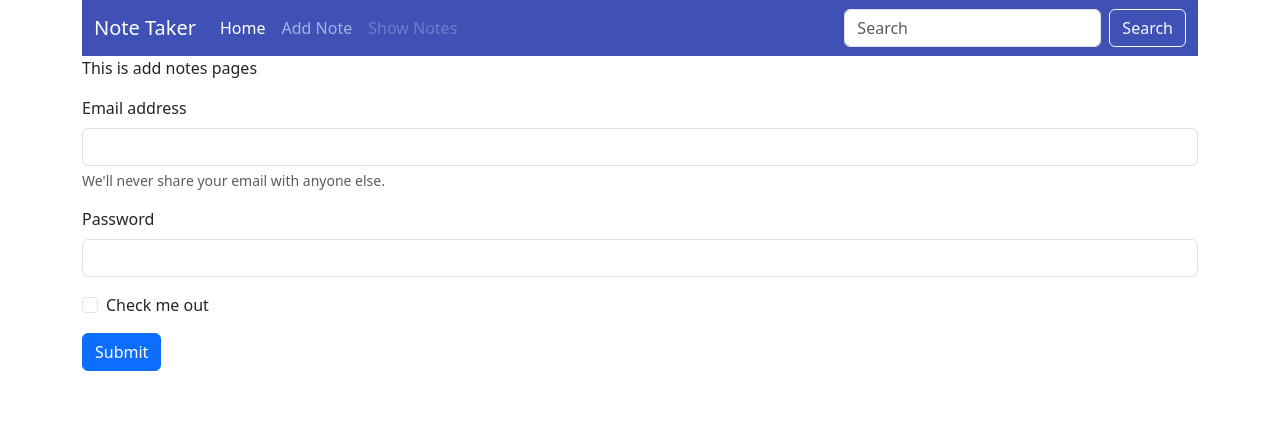
Repository: a-man-sheikh/NoteTaker
Page: http://localhost/NoteTaker/add_note.jsp
These files come from the project's save history. The page is drawn as it stood at one moment and after the next save; the edit follows.
The browser window is 1280 px wide. The pictures show the whole page.
The page is served by Tomcat 9. Other server files are loaded and not shown.

Above is the page before, as saved 2024-03-21 16:30:06.

### NoteTaker/src/main/webapp/add_note.jsp
<%@ page language="java" contentType="text/html; charset=ISO-8859-1"
    pageEncoding="ISO-8859-1"%>
<!DOCTYPE html>
<html>
<head>
<meta charset="ISO-8859-1">
<title>Add Notes</title>
  <%@include file="all_js_cs.jsp" %>
</head>
<body>
<div class="container">
  <%@include file="navbar.jsp" %>


 <p>This is add notes pages</p>
<!--  this add form -->


<form>
  <div class="mb-3">
    <label for="exampleInputEmail1" class="form-label">Email address</label>
    <input type="email" class="form-control" id="exampleInputEmail1" aria-describedby="emailHelp">
    <div id="emailHelp" class="form-text">We'll never share your email with anyone else.</div>
  </div>
  <div class="mb-3">
    <label for="exampleInputPassword1" class="form-label">Password</label>
    <input type="password" class="form-control" id="exampleInputPassword1">
  </div>
  <div class="mb-3 form-check">
    <input type="checkbox" class="form-check-input" id="exampleCheck1">
    <label class="form-check-label" for="exampleCheck1">Check me out</label>
  </div>
  <button type="submit" class="btn btn-primary">Submit</button>
</form>
</div>
</body>
</html>

### NoteTaker/src/main/webapp/all_js_cs.jsp
  <link href="https://cdn.jsdelivr.net/npm/bootstrap@5.3.3/dist/css/bootstrap.min.css" rel="stylesheet" integrity="sha384-QWTKZyjpPEjISv5WaRU9OFeRpok6YctnYmDr5pNlyT2bRjXh0JMhjY6hW+ALEwIH" crossorigin="anonymous">
    <link href="css/style.css" rel="stylesheet"/>

 <script src="https://cdn.jsdelivr.net/npm/bootstrap@5.3.3/dist/js/bootstrap.bundle.min.js" integrity="sha384-YvpcrYf0tY3lHB60NNkmXc5s9fDVZLESaAA55NDzOxhy9GkcIdslK1eN7N6jIeHz" crossorigin="anonymous"></script>

### NoteTaker/src/main/webapp/navbar.jsp
<nav class="navbar navbar-expand-lg navbar-dark purple">
  <div class="container-fluid">
    <a class="navbar-brand" href="index.jsp">Note Taker</a>
    <button class="navbar-toggler" type="button" data-bs-toggle="collapse" data-bs-target="#navbarSupportedContent" aria-controls="navbarSupportedContent" aria-expanded="false" aria-label="Toggle navigation">
      <span class="navbar-toggler-icon"></span>
    </button>
    <div class="collapse navbar-collapse" id="navbarSupportedContent">
      <ul class="navbar-nav me-auto mb-2 mb-lg-0">
        <li class="nav-item">
          <a class="nav-link active" aria-current="page" href="index.jsp">Home</a>
        </li>
        <li class="nav-item">
          <a class="nav-link" href="add_note.jsp">Add Note</a>
        </li>

          <a class="nav-link disabled" aria-disabled="true">Show Notes</a>
        </li>
      </ul>
      <form class="d-flex" role="search">
        <input class="form-control me-2" type="search" placeholder="Search" aria-label="Search">
        <button class="btn btn-outline-light" type="submit">Search</button>
      </form>
    </div>
  </div>
</nav>

### NoteTaker/src/main/webapp/css/style.css
.purple{
	background:#3f51b5;
}

After the next save:
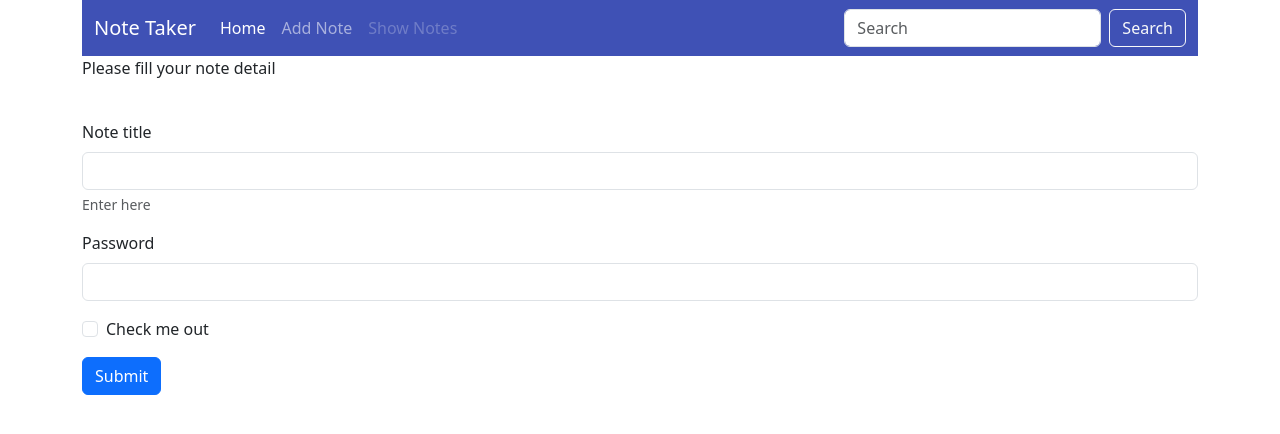
Saved 4 min 28 s later.
--- a/NoteTaker/src/main/webapp/add_note.jsp
+++ b/NoteTaker/src/main/webapp/add_note.jsp
@@ -12,15 +12,16 @@
   <%@include file="navbar.jsp" %>
 
 
- <p>This is add notes pages</p>
+ <p>Please fill your note detail </p>
+ <br>
 <!--  this add form -->
 
 
-<form>
+<form action="SaveNoteServlet" method="post">
   <div class="mb-3">
-    <label for="exampleInputEmail1" class="form-label">Email address</label>
-    <input type="email" class="form-control" id="exampleInputEmail1" aria-describedby="emailHelp">
-    <div id="emailHelp" class="form-text">We'll never share your email with anyone else.</div>
+    <label for="title" class="form-label">Note title</label>
+    <input type="text" class="form-control" id="title" aria-describedby="emailHelp">
+    <div id="title" class="form-text">Enter here</div>
   </div>
   <div class="mb-3">
     <label for="exampleInputPassword1" class="form-label">Password</label>
